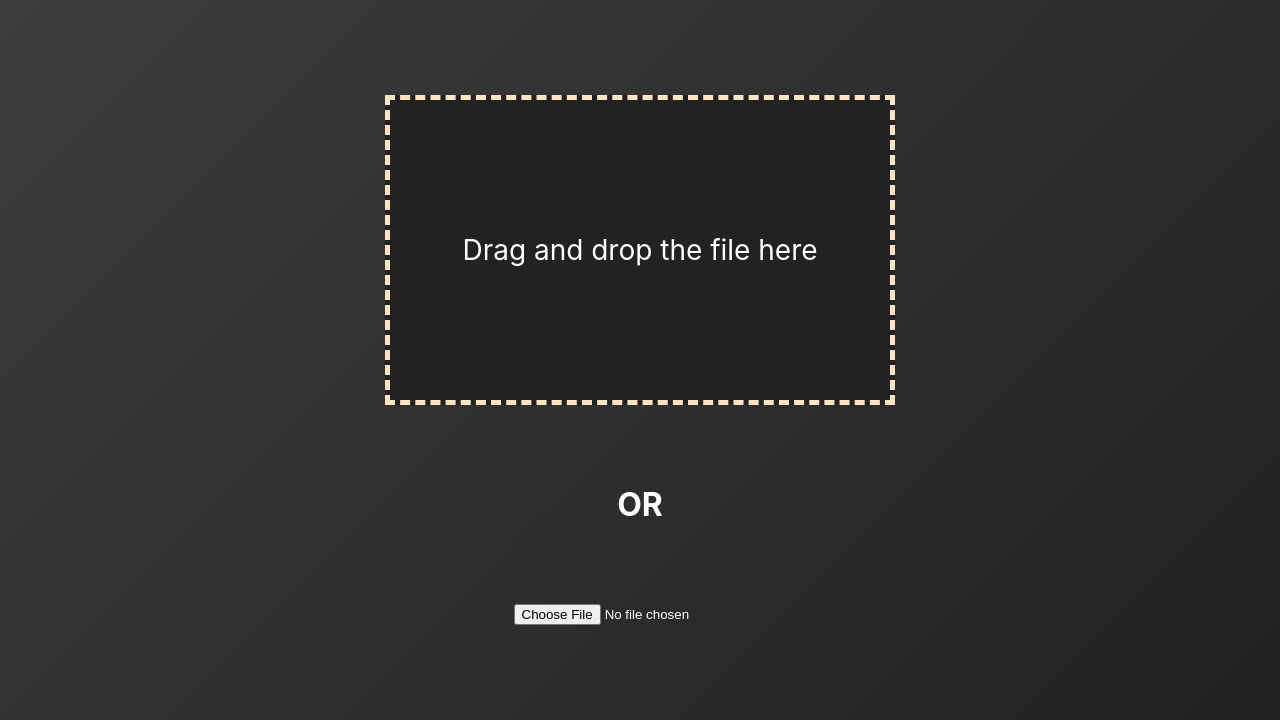
Repository: RXBVK/rt-map
Page: /
The author's editor kept a copy of each file at every save. The page is drawn from the files as they stood at one save, then again after the next save.
The browser window is 1280 px wide. The pictures show the whole page.
The project was rebuilt for these pictures with package versions that can differ from the ones it lists, and the page was loaded fresh each time.

Above is the page before, as saved 2021-07-21 14:08:45.

After the next save:
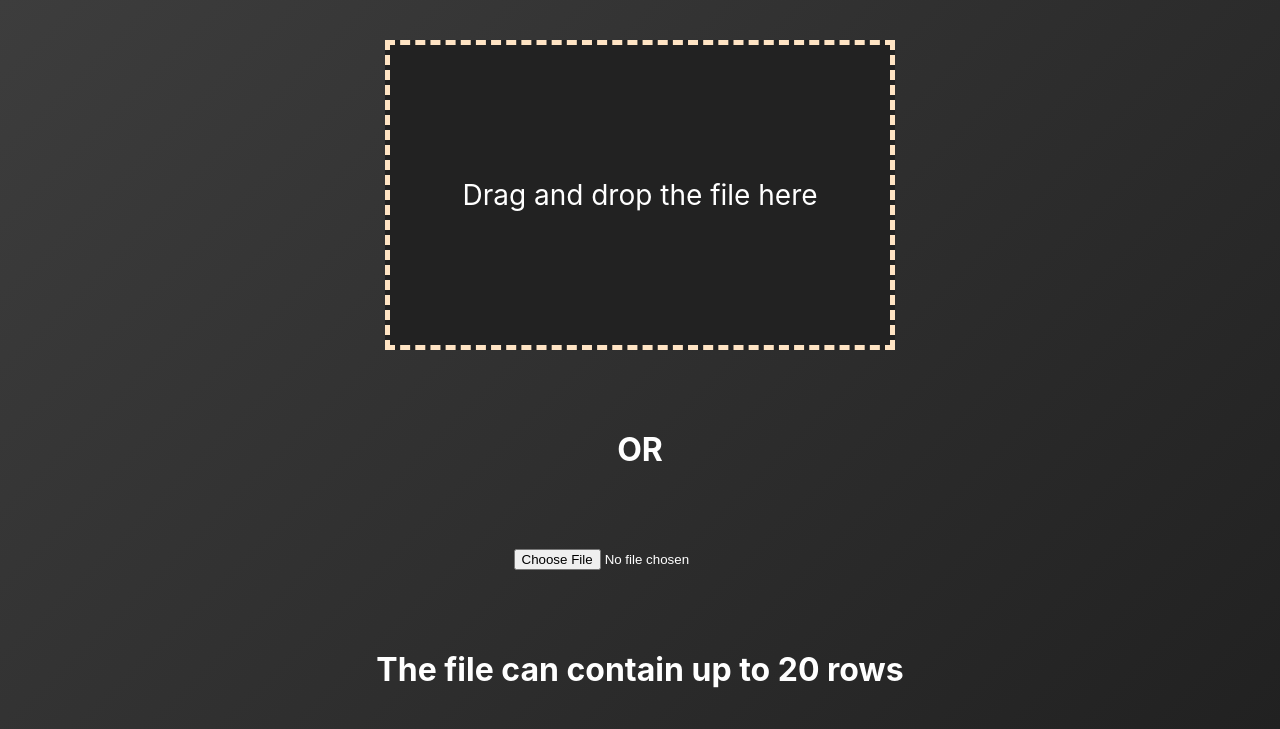
Saved 2 min 28 s later.
--- a/src/components/CsvUploader/CsvUploader.js
+++ b/src/components/CsvUploader/CsvUploader.js
@@ -1,7 +1,9 @@
-import React from "react";
+import React, { useState } from "react";
 import "./styles/csv-uploader.css";
 
 export default function CsvUploader(props) {
+  const [uploadError, setUploadError] = useState(false);
+
   const handleFileUpload = (e) => {
     let file = e.target.files[0];
     let reader = new FileReader();
@@ -28,6 +30,13 @@
       </label>
       <input type="file" id="csv-uploader__input" /> */}
       <input type="file" accept=".csv" onChange={(e) => handleFileUpload(e)} />
+      <div
+        styles={{ width: "100%", height: "100px", backgroundColor: "bisque" }}
+      >
+        <h1 styles={{ color: "red", fontSize: "24px" }}>
+          The file can contain up to 20 rows
+        </h1>
+      </div>
     </div>
   );
 }
